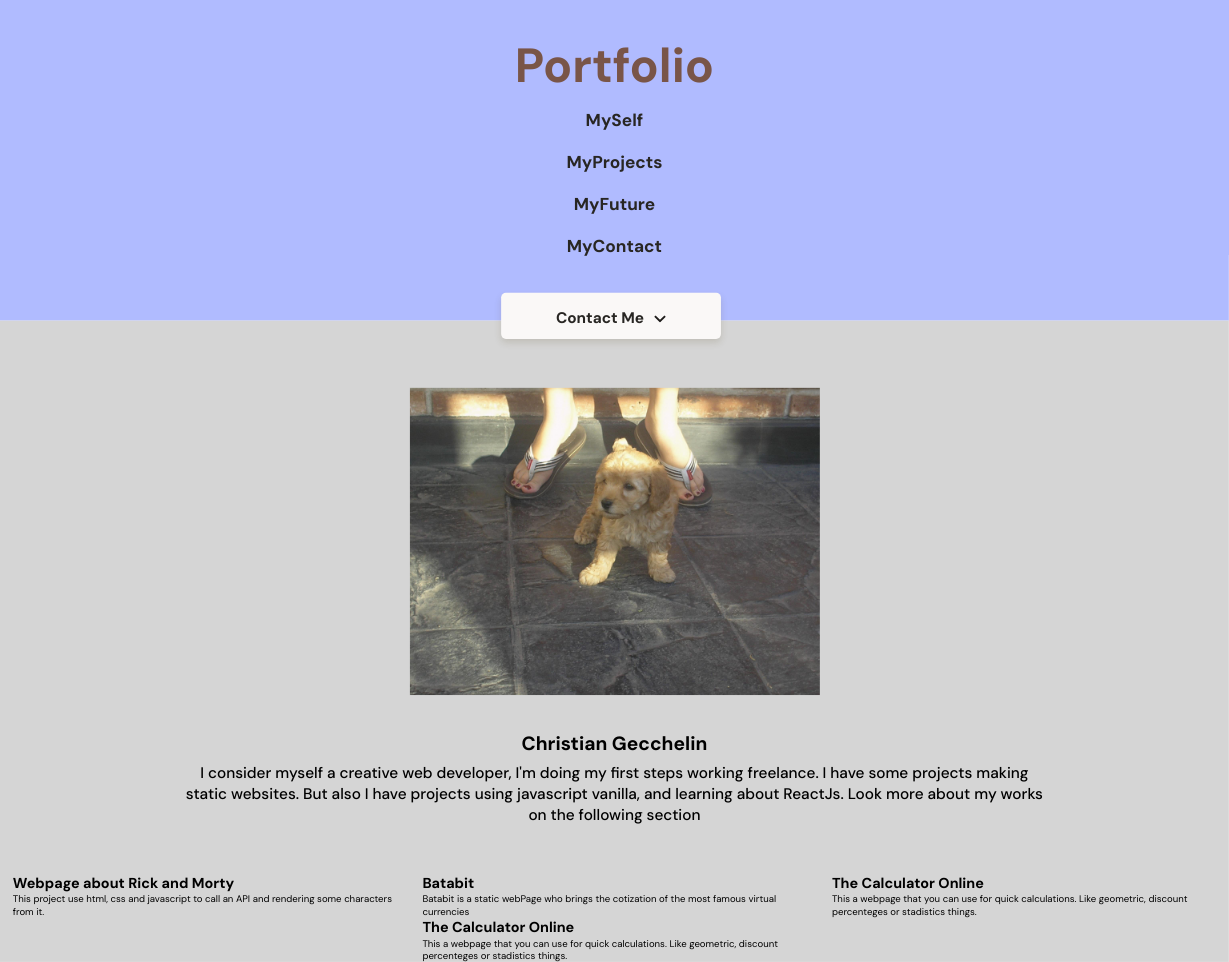
Repository: ChristianGecchelin/PortfolioOnline
Page: index.html
The author's editor kept a copy of each file at every save. The page is drawn from the files as they stood at one save, then again after the next save.
The browser window is 1280 px wide. The pictures show the whole page, at 96% of full size.

Above is the page before, as saved 2022-01-10 11:08:23.

After the next save:
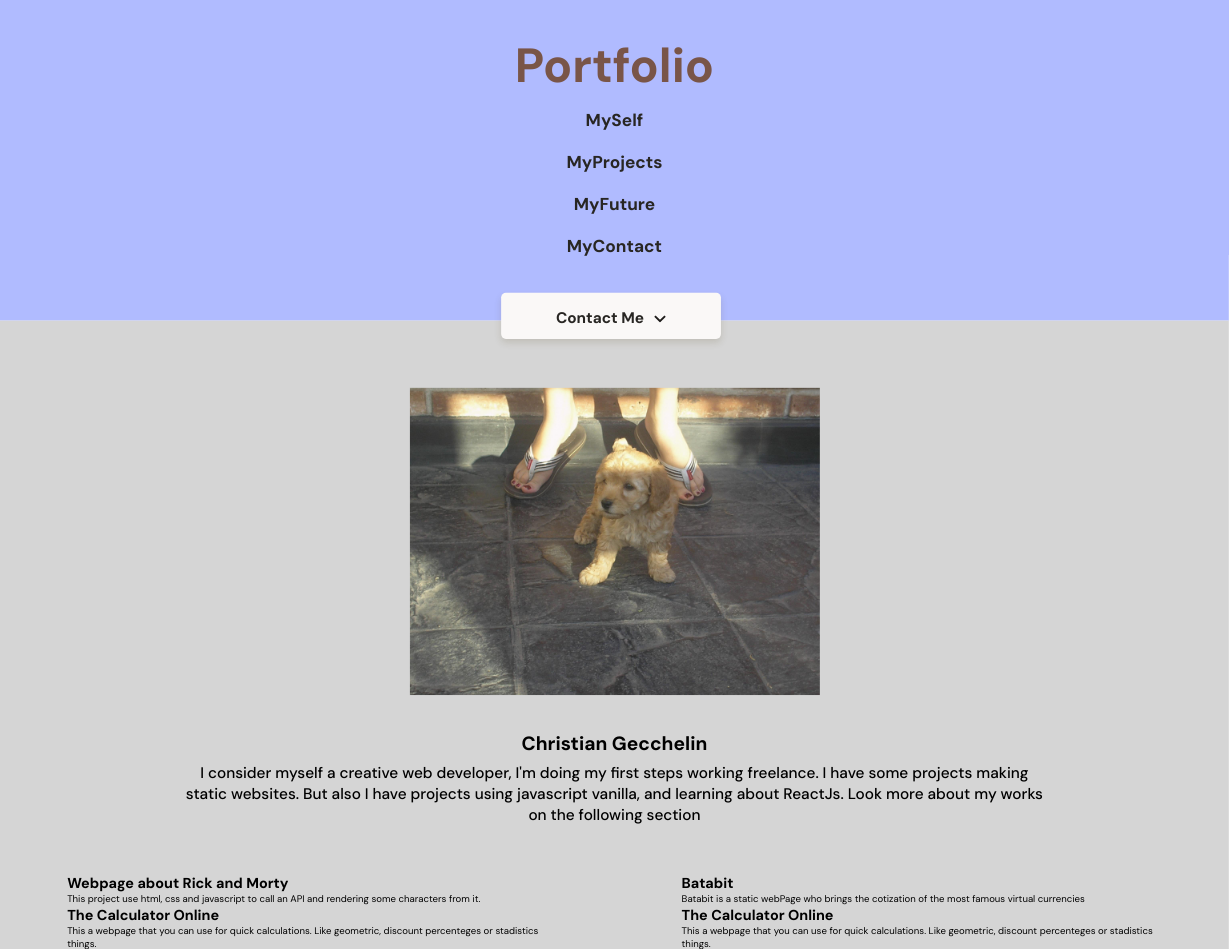
Saved 17 s later.
--- a/styles/styles.css
+++ b/styles/styles.css
@@ -140,6 +140,6 @@ main .principalContainer-mySelf {
 .principalContainer-myProject .calculatorProject {
   width: 90%;
   min-width: 288px;
-  max-width: 400px;
+  max-width: 500px;
   text-align: left;
 }
